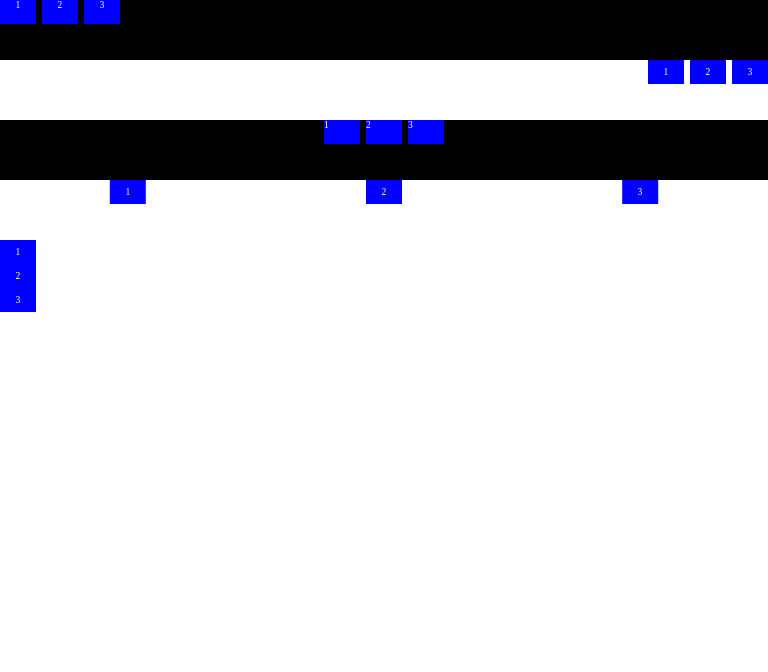
Repository: Elesion08/flexbox
Page: index.html
These files come from the project's save history. The page is drawn as it stood at one moment and after the next save; the edit follows.
The browser window is 1280 px wide. The pictures show the whole page, at 60% of full size.

Above is the page before, as saved 2025-04-14 11:42:49.

### index.html
<!DOCTYPE html>
<html lang="pt-br">
<head>
    <meta charset="UTF-8">
    <meta name="viewport" content="width=device-width, initial-scale=1.0">
    <title>Flexbox - AULA 04</title>
    <link rel="stylesheet" href="style.css">
</head>
<body>
    <div class="container">
        <div class="container__card1">
            <div class="box1">1</div>
            <div class="box1">2</div>
            <div class="box1">3</div>
        </div>
        <div class="container__card2">
            <div class="box2">1</div>
            <div class="box2">2</div>
            <div class="box2">3</div>
        </div>
        <div class="container__card3">
            <div class="box3">1</div>
            <div class="box3">2</div>
            <div class="box3">3</div>
        </div>
        <div class="container__card4">
            <div class="box4">1</div>
            <div class="box4">2</div>
            <div class="box4">3</div>
        </div>
        <div class="container__card5">
            <div class="box4">1</div>
            <div class="box4">2</div>
            <div class="box4">3</div>
        </div>
    </div>
</body>
</html>

### style.css
* {
    margin: 0;
    padding: 0;
    height: 100vh;
    width: 100%;
    box-sizing: border-box;
}

.container__card1 {
    /*Deixar os itens flexiveis em suas posições*/
    display: flex;
    /*cor de fundo da div*/
    background-color: black;
    /*Distância entre os elementos filhos*/
    gap: 10px;
    /*altura do elemento*/
    height: 100px;
}

.box1 {
    /*Alinha o texto horizontalmente no centro*/
    text-align: center;
    color: white;
    background-color: blue;
    height: 40px;
    width: 60px;
}

.container__card2 {
    display: flex;
    background-color: white;
    height: 100px;
    justify-content: flex-end;
    gap: 10px;

}

.box2 {

    display: flex;
    justify-content: center;
    /*Alinha os itens verticamente no centro*/
    align-items: center;
    color: white;
    background-color: blue;
    height: 40px;
    width: 60px;
}

.container__card3 {
    /*Deixar os itens flexiveis em suas posições*/
    display: flex;
    /*Centraliza os elementos filhos*/
    justify-content: center;
    /*cor de fundo da div*/
    background-color: black;
    /*Distância entre os elementos filhos*/
    gap: 10px;
    /*altura do elemento*/
    height: 100px;
}

.box3 {
    color: white;
    background-color: blue;
    height: 40px;
    width: 60px;
}

.container__card4 {
    display: flex;
    justify-content: space-around;
    background-color: white;
    height: 100px;

}

.box4 {

    display: flex;
    justify-content: center;
    /*Alinha os itens verticamente no centro*/
    align-items: center;
    color: white;
    background-color: blue;
    height: 40px;
    width: 60px;
}

After the next save:
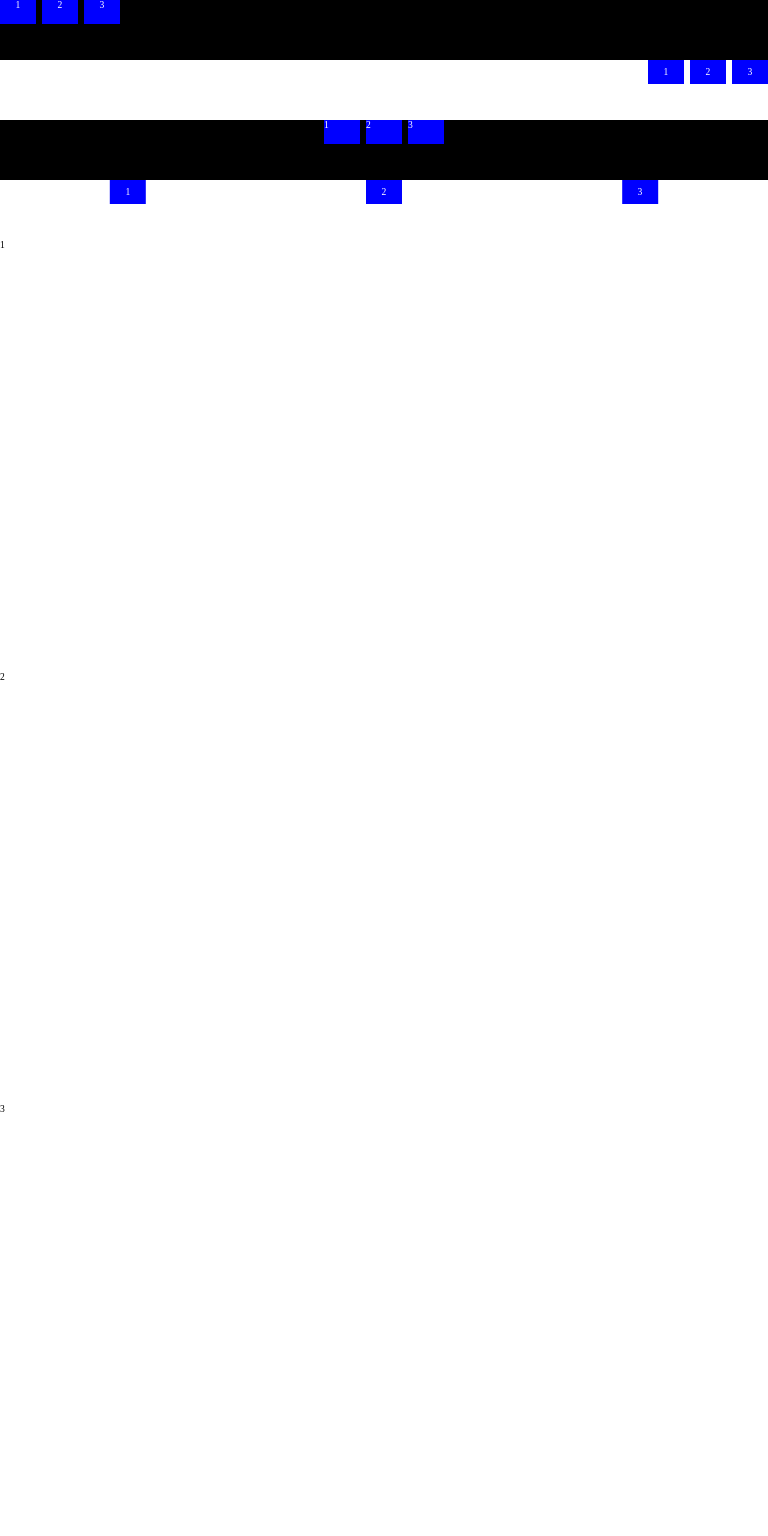
Saved 8 s later.
--- a/index.html
+++ b/index.html
@@ -29,9 +29,9 @@
             <div class="box4">3</div>
         </div>
         <div class="container__card5">
-            <div class="box4">1</div>
-            <div class="box4">2</div>
-            <div class="box4">3</div>
+            <div class="box5">1</div>
+            <div class="box5">2</div>
+            <div class="box5">3</div>
         </div>
     </div>
 </body>

After the 2 saves that followed:
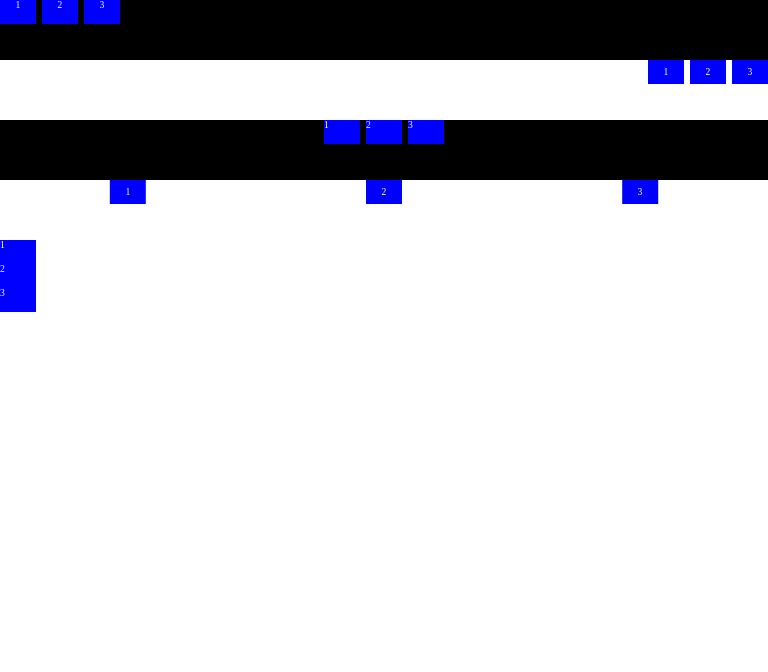
The 2 saves are shown as one change because they came seconds apart.
The last was saved 15 s later.
--- a/style.css
+++ b/style.css
@@ -86,3 +86,23 @@
     height: 40px;
     width: 60px;
 }
+
+.container__card3 {
+    /*Deixar os itens flexiveis em suas posições*/
+    display: flex;
+    /*Centraliza os elementos filhos*/
+    justify-content: center;
+    /*cor de fundo da div*/
+    background-color: black;
+    /*Distância entre os elementos filhos*/
+    gap: 10px;
+    /*altura do elemento*/
+    height: 100px;
+}
+
+.box5 {
+    color: white;
+    background-color: blue;
+    height: 40px;
+    width: 60px;
+}
